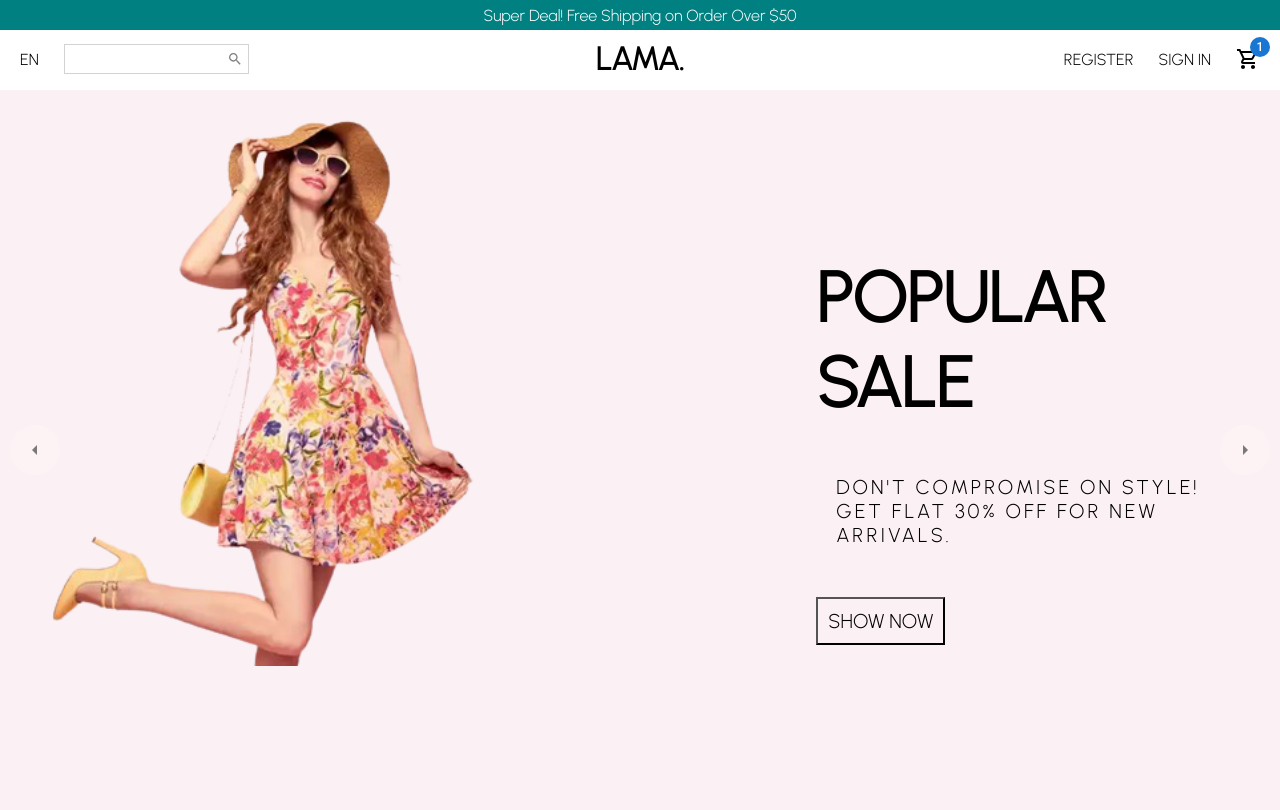
Repository: kmvaghela/ECOMMERCE
Page: /
The author's editor kept a copy of each file at every save. The page is drawn from the files as they stood at one save, then again after the next save.
The browser window is 1280 px wide. The pictures show the whole page.
The project was rebuilt for these pictures with package versions that can differ from the ones it lists, and the page was loaded fresh each time.

Above is the page before, as saved 2022-02-22 14:31:43.

After the next save:
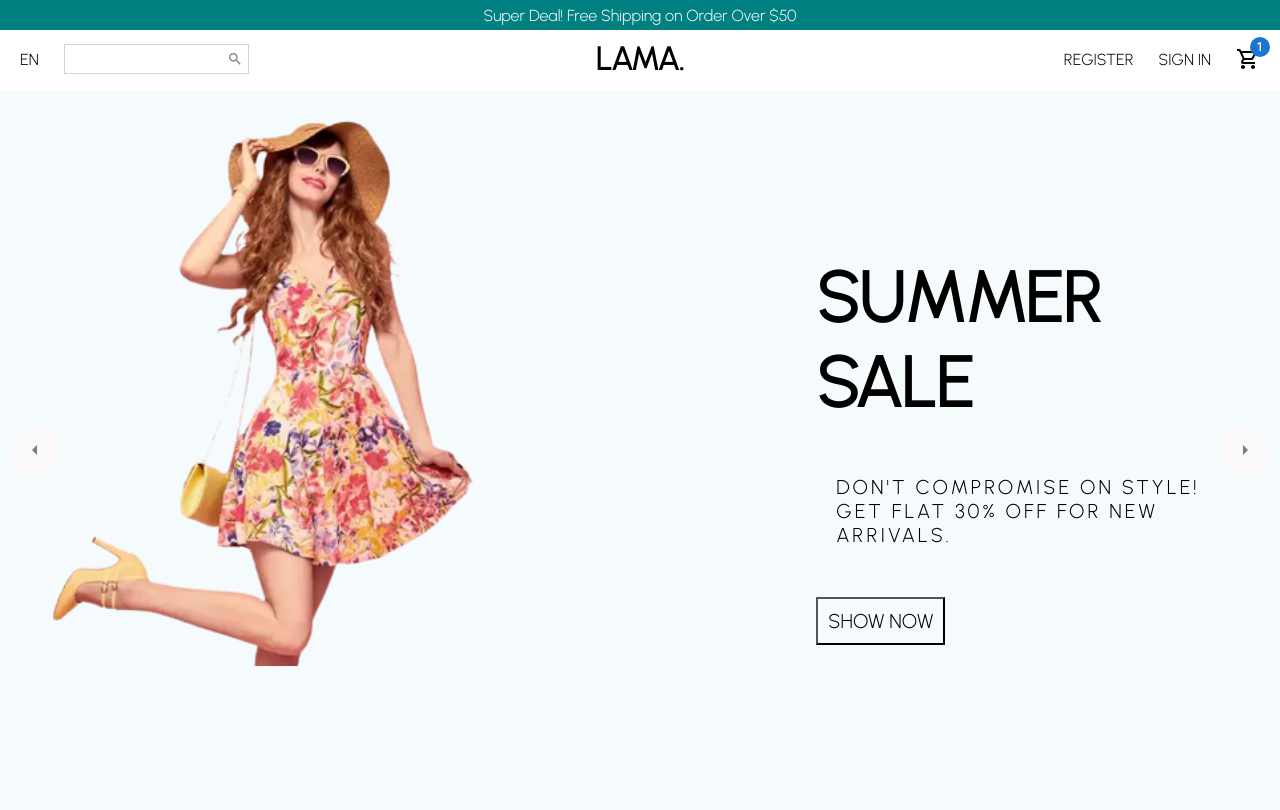
Saved 3 min 29 s later.
--- a/src/components/Slider.jsx
+++ b/src/components/Slider.jsx
@@ -31,7 +31,7 @@
 const Wrapper = styled.div`
   height: 100%;
   display: flex;
-  transform: translateX(-200vw);
+  transform: translateX(${(props) => props.slideIndex * -100}vw);
 `;
 
 const Slide = styled.div`
@@ -83,7 +83,7 @@
       <Arrow direction="left" onClick={() => handleClick("left")}>
         <ArrowLeftOutlined />
       </Arrow>
-      <Wrapper>
+      <Wrapper slideIndex={slideIndex}>
         {sliderItems.map((item) => (
           <Slide bg={item.bg}>
             <ImgContainer>
